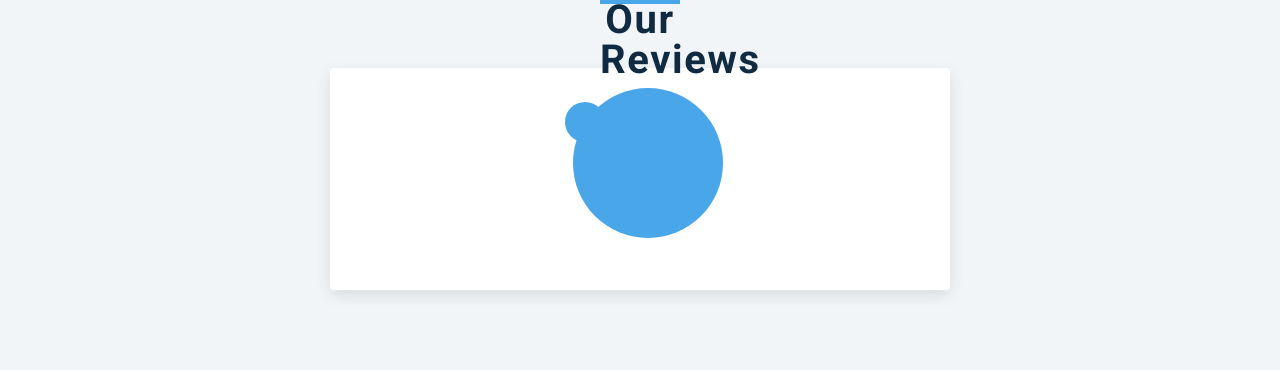
Repository: hseunghwan/practice-vanilla-javascript
Page: Carousel/Carousel.html
These files come from the project's save history. The page is drawn as it stood at one moment and after the next save; the edit follows.
The browser window is 1280 px wide. The pictures show the whole page.

Above is the page before, as saved 2023-05-10 20:28:07.

### Carousel/Carousel.html
<!DOCTYPE html>
<html>
    <head>
        <title>Carousel</title>
        <link rel="stylesheet" href="Carousel.css" />
        <script src="app.js"></script>
    </head>
    <body>
        <div class="section-center">
            <h2 class="title underline">Our Reviews</h2>
        </div>

        <div class="container section-center">
            <div class="main">
                <div class="review">
                    <div class="img-container"><</div>
                </div>
            </div>
        </div>
    </body>
</html>

### Carousel/Carousel.css
/*
===============
Fonts
===============
*/
@import url("https://fonts.googleapis.com/css?family=Open+Sans|Roboto:400,700&display=swap");

/*
===============
Variables
===============
*/

:root {
    /* dark shades of primary color*/
    --clr-primary-1: hsl(205, 86%, 17%);
    --clr-primary-2: hsl(205, 77%, 27%);
    --clr-primary-3: hsl(205, 72%, 37%);
    --clr-primary-4: hsl(205, 63%, 48%);
    /* primary/main color */
    --clr-primary-5: hsl(205, 78%, 60%);
    /* lighter shades of primary color */
    --clr-primary-6: hsl(205, 89%, 70%);
    --clr-primary-7: hsl(205, 90%, 76%);
    --clr-primary-8: hsl(205, 86%, 81%);
    --clr-primary-9: hsl(205, 90%, 88%);
    --clr-primary-10: hsl(205, 100%, 96%);
    /* darkest grey - used for headings */
    --clr-grey-1: hsl(209, 61%, 16%);
    --clr-grey-2: hsl(211, 39%, 23%);
    --clr-grey-3: hsl(209, 34%, 30%);
    --clr-grey-4: hsl(209, 28%, 39%);
    /* grey used for paragraphs */
    --clr-grey-5: hsl(210, 22%, 49%);
    --clr-grey-6: hsl(209, 23%, 60%);
    --clr-grey-7: hsl(211, 27%, 70%);
    --clr-grey-8: hsl(210, 31%, 80%);
    --clr-grey-9: hsl(212, 33%, 89%);
    --clr-grey-10: hsl(210, 36%, 96%);
    --clr-white: #fff;
    --clr-red-dark: hsl(360, 67%, 44%);
    --clr-red-light: hsl(360, 71%, 66%);
    --clr-green-dark: hsl(125, 67%, 44%);
    --clr-green-light: hsl(125, 71%, 66%);
    --clr-black: #222;
    --ff-primary: "Roboto", sans-serif;
    --ff-secondary: "Open Sans", sans-serif;
    --transition: all 0.3s linear;
    --spacing: 0.1rem;
    --radius: 0.25rem;
    --light-shadow: 0 5px 15px rgba(0, 0, 0, 0.1);
    --dark-shadow: 0 5px 15px rgba(0, 0, 0, 0.2);
    --max-width: 1170px;
    --fixed-width: 620px;
}
/*
===============
Global Styles
===============
*/

*,
::after,
::before {
    margin: 0;
    padding: 0;
    box-sizing: border-box;
}
body {
    font-family: var(--ff-secondary);
    background: var(--clr-grey-10);
    color: var(--clr-grey-1);
    line-height: 1.5;
    font-size: 0.875rem;
}
ul {
    list-style-type: none;
}
a {
    text-decoration: none;
}
h1,
h2,
h3,
h4 {
    letter-spacing: var(--spacing);
    text-transform: capitalize;
    line-height: 1.25;
    margin-bottom: 0.75rem;
    font-family: var(--ff-primary);
}
h1 {
    font-size: 3rem;
}
h2 {
    font-size: 2rem;
}
h3 {
    font-size: 1.25rem;
}
h4 {
    font-size: 0.875rem;
}
p {
    margin-bottom: 1.25rem;
    color: var(--clr-grey-5);
}
@media screen and (min-width: 800px) {
    h1 {
        font-size: 4rem;
    }
    h2 {
        font-size: 2.5rem;
    }
    h3 {
        font-size: 1.75rem;
    }
    h4 {
        font-size: 1rem;
    }
    body {
        font-size: 1rem;
    }
    h1,
    h2,
    h3,
    h4 {
        line-height: 1;
    }
}
/*  global classes */

/* section */
.section {
    padding: 5rem 0;
}

.section-center {
    width: 90vw;
    margin: 0 auto;
    max-width: 1170px;
}
@media screen and (min-width: 992px) {
    .section-center {
        width: 95vw;
    }
}
main {
    min-height: 100vh;
    display: grid;
    place-items: center;
}

/*
===============
Reviews
===============
*/
main {
    min-height: 100vh;
    display: grid;
    place-items: center;
}
.title {
    text-align: center;
    margin-bottom: 4rem;
}
.underline {
    height: 0.25rem;
    width: 5rem;
    background: var(--clr-primary-5);
    margin-left: auto;
    margin-right: auto;
}
.container {
    width: 80vw;
    max-width: var(--fixed-width);
}
.review {
    background: var(--clr-white);
    padding: 1.5rem 2rem;
    border-radius: var(--radius);
    box-shadow: var(--light-shadow);
    transition: var(--transition);
    text-align: center;
}
.review:hover {
    box-shadow: var(--dark-shadow);
}
.img-container {
    position: relative;
    width: 150px;
    height: 150px;
    border-radius: 50%;
    margin: 0 auto;
    margin-bottom: 1.5rem;
}
#person-img {
    width: 100%;
    display: block;
    height: 100%;
    object-fit: cover;
    border-radius: 50%;
    position: relative;
}
.img-container::after {
    font-family: "Font Awesome 5 Free";
    font-weight: 900;
    content: "\f10e";
    position: absolute;
    top: 0;
    left: 0;
    width: 2.5rem;
    height: 2.5rem;
    display: grid;
    place-items: center;
    border-radius: 50%;
    transform: translateY(25%);
    background: var(--clr-primary-5);
    color: var(--clr-white);
}
.img-container::before {
    content: "";
    width: 100%;
    height: 100%;
    background: var(--clr-primary-5);
    position: absolute;
    top: -0.25rem;
    right: -0.5rem;
    border-radius: 50%;
}
#author {
    margin-bottom: 0.25rem;
}
#job {
    margin-bottom: 0.5rem;
    text-transform: uppercase;
    color: var(--clr-primary-5);
    font-size: 0.85rem;
}
#info {
    margin-bottom: 0.75rem;
}
.prev-btn,
.next-btn {
    color: var(--clr-primary-7);
    font-size: 1.25rem;
    background: transparent;
    border-color: transparent;
    margin: 0 0.5rem;
    transition: var(--transition);
    cursor: pointer;
}
.prev-btn:hover,
.next-btn:hover {
    color: var(--clr-primary-5);
}
.random-btn {
    margin-top: 0.5rem;
    background: var(--clr-primary-10);
    color: var(--clr-primary-5);
    padding: 0.25rem 0.5rem;
    text-transform: capitalize;
    border-radius: var(--radius);
    transition: var(--transition);
    border-color: var(--clr-primary-5);
    cursor: pointer;
}
.random-btn:hover {
    background: var(--clr-primary-5);
    color: var(--clr-primary-1);
}

Loaded but not shown: Carousel/app.js (no stored copy; drawn as an empty file)

After the next save:
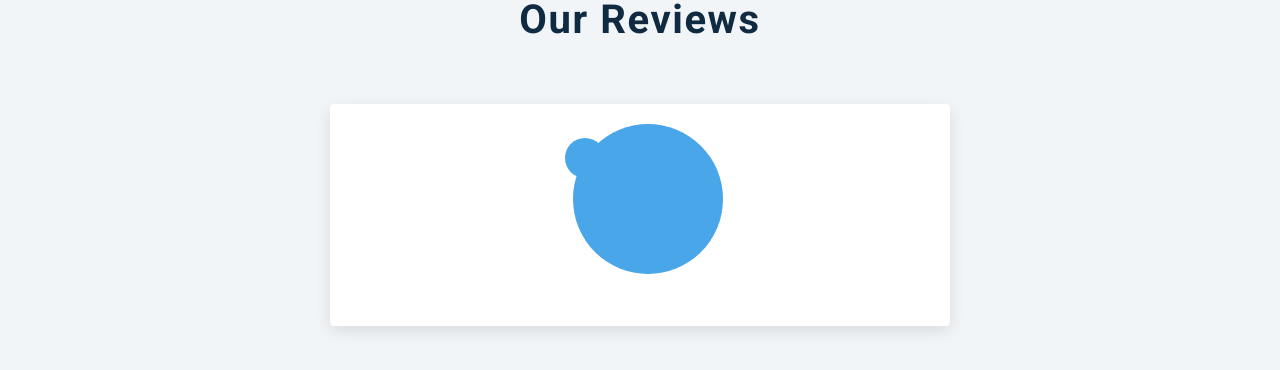
Saved 8 s later.
--- a/Carousel/Carousel.html
+++ b/Carousel/Carousel.html
@@ -7,7 +7,7 @@
     </head>
     <body>
         <div class="section-center">
-            <h2 class="title underline">Our Reviews</h2>
+            <h2 class="title">Our Reviews</h2>
         </div>
 
         <div class="container section-center">
